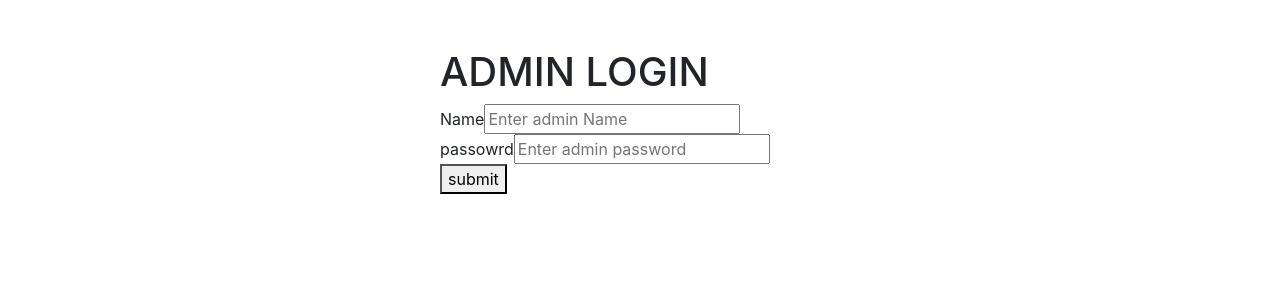
Repository: parthikjadav/parthik-react-practicle-exam
Page: /
These files come from the project's save history. The page is drawn as it stood at one moment and after the next save; the edit follows.
The browser window is 1280 px wide. The pictures show the whole page.
The project was rebuilt for these pictures with package versions that can differ from the ones it lists, and the page was loaded fresh each time. Requests to the local data server were answered from the project's data file. Also part of the build but not shown: src/App.css, src/componet/page/Reservationform.jsx, src/componet/page/Reservationlist.jsx, src/componet/header/navdata.js, src/componet/header/Navbar.jsx.

Above is the page before, as saved 2024-05-15 18:11:41.

After the next save:
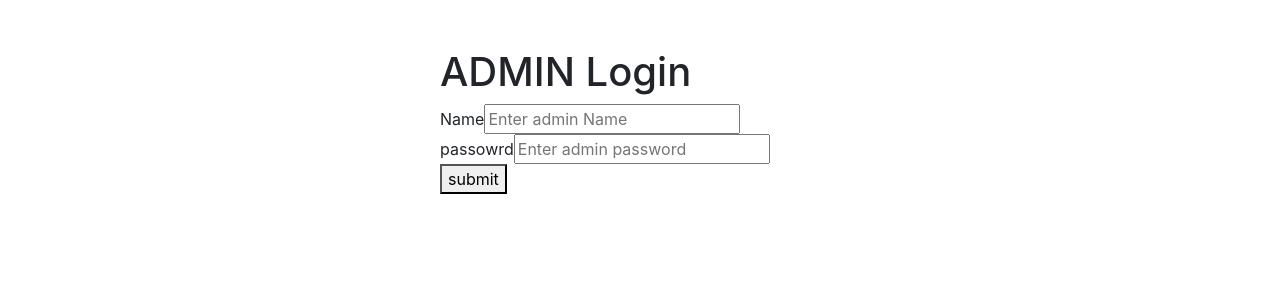
Saved 16 h 24 min later.
--- a/src/componet/page/Adminlogin.jsx
+++ b/src/componet/page/Adminlogin.jsx
@@ -22,7 +22,7 @@ const Adminlogin = () => {
     return (
         <>
             <div class="mx-auto m-5" style={{ width: "400px" }}>
-            <h1>ADMIN LOGIN</h1>
+            <h1>ADMIN Login </h1>
                 <label>Name  </label>
                 <input type="text" placeholder='Enter admin Name' ref={name} /><br />
                 <label>passowrd </label>
